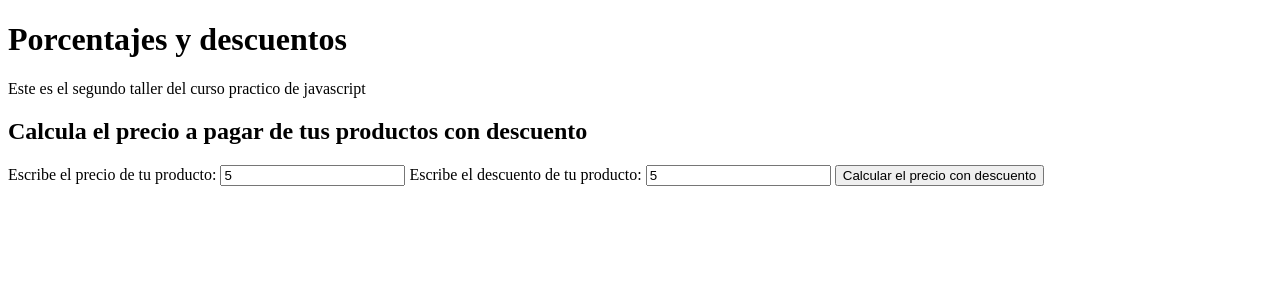
Repository: orlando-1234/curso-practico-javascript
Page: descuentos.html
An editor plug-in stored every save of this project. The page is shown before and after the next save, followed by the edit.
The browser window is 1280 px wide. The pictures show the whole page.
Empty fields were first filled with sample values (such as "Sample", 5 or name@example.com).
After loading, the first visible `button` was clicked once.

Above is the page before, as saved 2021-09-18 14:39:44.
Console error: ReferenceError: priceValue is not defined

### descuentos.html
<!DOCTYPE html>
<html lang="en">
<head>
    <meta charset="UTF-8">
    <meta http-equiv="X-UA-Compatible" content="IE=edge">
    <meta name="viewport" content="width=device-width, initial-scale=1.0">
    <title>Porcentajes y descuentos</title>
</head>
<body>

    <header>
        <h1>Porcentajes y descuentos</h1>

        <p>Este es el segundo taller del curso practico de javascript</p>
    </header>

    <section>
        <h2>Calcula el precio a pagar de tus productos con descuento</h2>

        <form>
            <label for="InputPrice">Escribe el precio de tu producto:</label>
            <input id="InputPrice" type="number">

            <label for="InputDiscount">Escribe el descuento de tu producto:</label>
            <input id="InputDiscount" type="number">

            <button type="button" onclick="onClickButtonPriceDiscount()">
                Calcular el precio con descuento
            </button>

            <p id="ResultP"></p>
        </form>
    </section>

    <script src="./descuentos.js"></script>
</body>
</html>

### descuentos.js
// const precioOriginal = 120;
// const descuento = 18;


function calcularPrecioConDescuento(precio, descuento) {
    const porcentajePrecioConDescuento = 100 - descuento;
    const precioConDescuento = (precio * porcentajePrecioConDescuento) / 100;

    return precioConDescuento;
}


function onClickButtonPriceDiscount() {
    const inputPrice = document.getElementById("InputPrice");
    const priceValue = inputPrice.value;

    const inputDiscount = document.getElementById("InputDiscount");
    const discountValue = inputDiscount.value;
}

const precioConDescuento = calcularPrecioConDescuento(priceValue, discountValue);


const resultP = document.getElementById("ResultP");
resultP.innerText = "El precio con descuento son: $" + precioConDescuento;

After the next save:
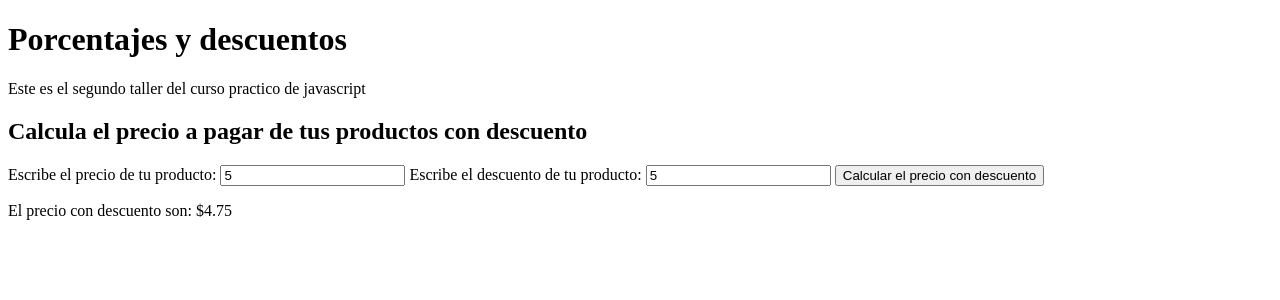
The error is gone.
Saved 60 s later.
--- a/descuentos.js
+++ b/descuentos.js
@@ -16,10 +16,9 @@ function onClickButtonPriceDiscount() {
 
     const inputDiscount = document.getElementById("InputDiscount");
     const discountValue = inputDiscount.value;
+
+    const precioConDescuento = calcularPrecioConDescuento(priceValue, discountValue);
+
+    const resultP = document.getElementById("ResultP");
+    resultP.innerText = "El precio con descuento son: $" + precioConDescuento;
 }
-
-const precioConDescuento = calcularPrecioConDescuento(priceValue, discountValue);
-
-
-const resultP = document.getElementById("ResultP");
-resultP.innerText = "El precio con descuento son: $" + precioConDescuento;
